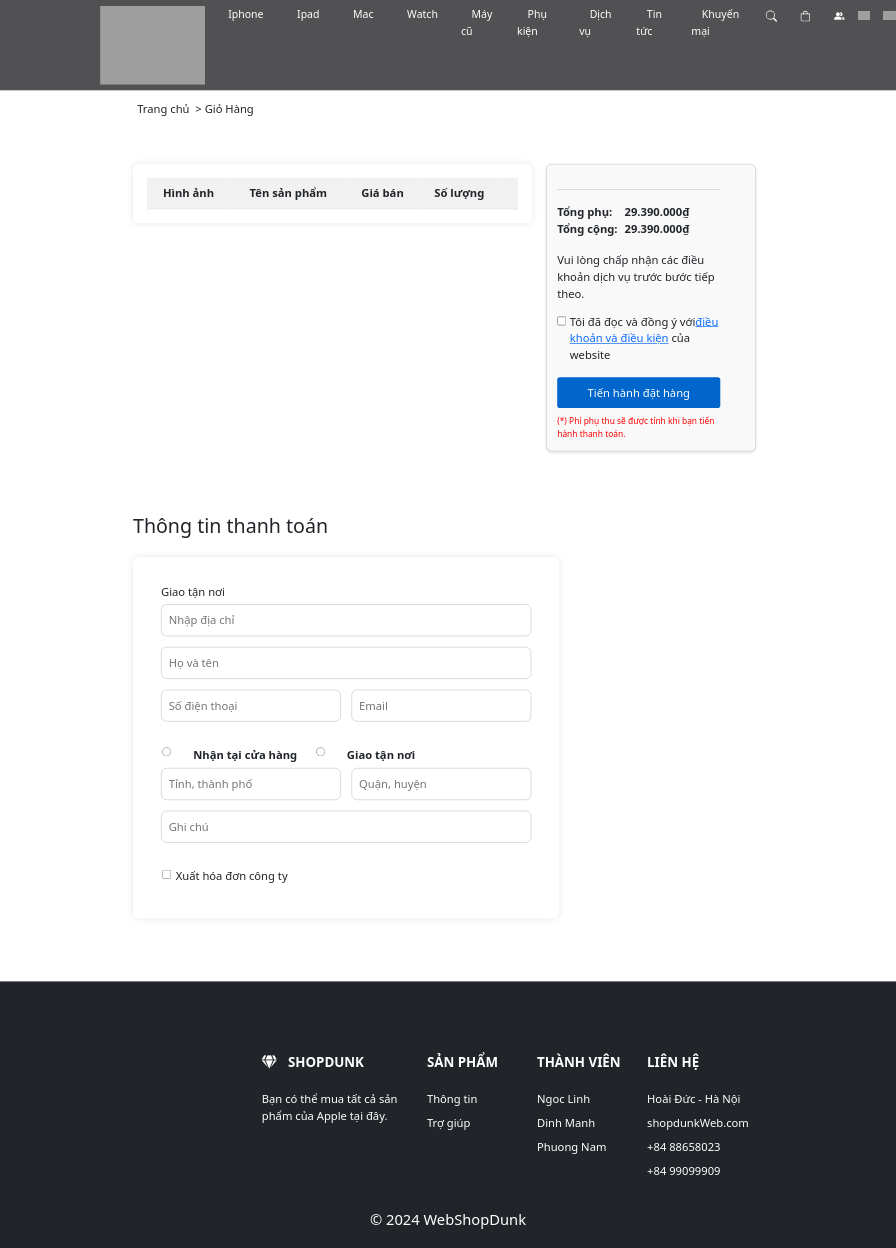
Repository: 20092004nam2k4/FE-ShopDunk
Page: /cart
These files come from the project's save history. The page is drawn as it stood at one moment and after the next save; the edit follows.
The browser window is 1280 px wide. The pictures show the whole page, at 70% of full size.
Pictures or frames that could not be fetched are drawn as grey boxes. The page's requests for data from a server got no answer. The project was rebuilt for these pictures with package versions that can differ from the ones it lists, and the page was loaded fresh each time. No one was signed in, and anything a server would have sent is missing. Also part of the build but not shown: src/component/common/SlideImage.css, src/component/common/SlideImage.js, src/component/product/ProductList.js, src/component/product/ProductDetail.css, src/component/product/ProductDetail.js, src/component/user/LoginUser.js, src/component/user/UserProfile.js, src/component/user/RegistrationForm.css and 2 more.

Above is the page before, as saved 2024-06-26 14:22:22.

After the next save:
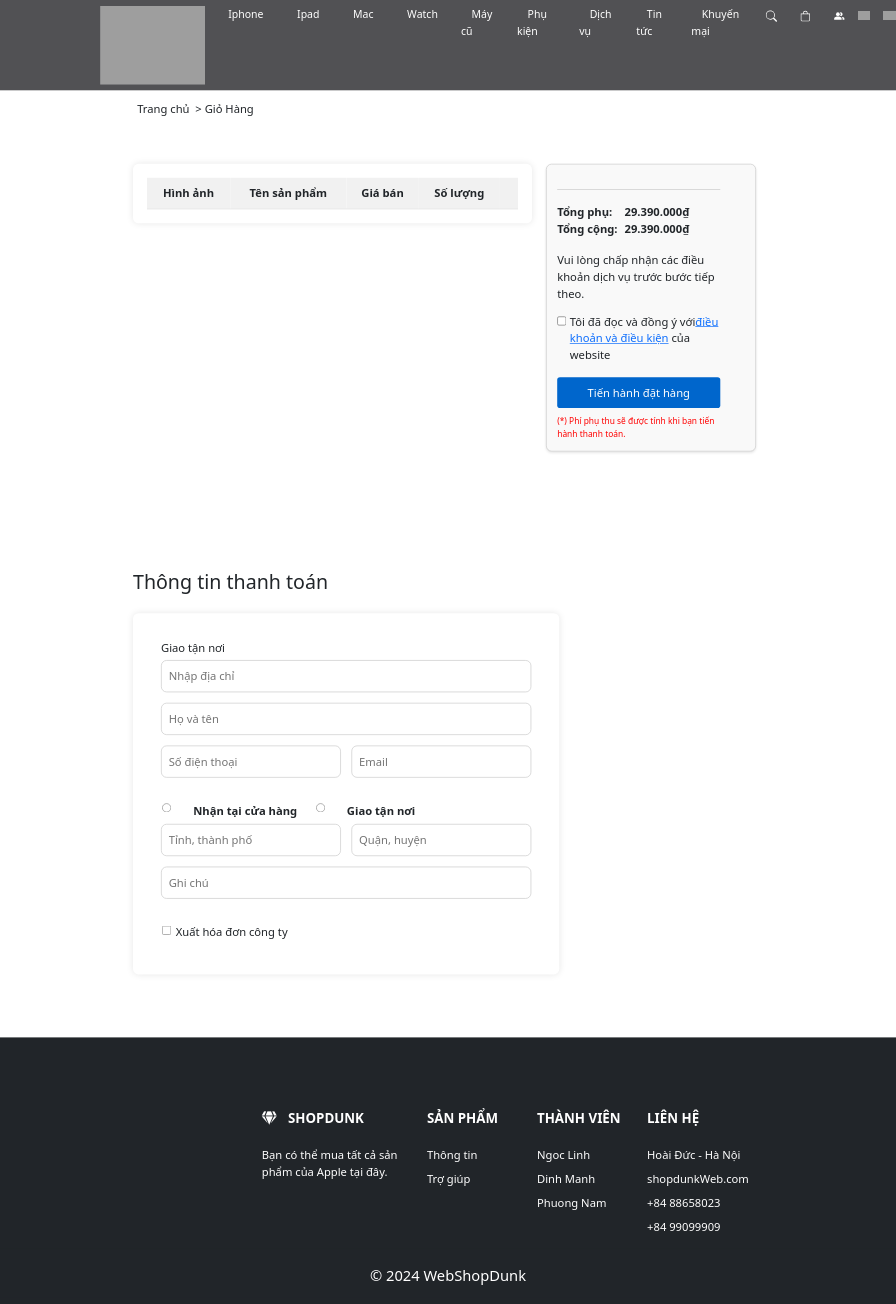
Saved 22 s later.
--- a/src/component/cart/CartPage.css
+++ b/src/component/cart/CartPage.css
@@ -159,7 +159,7 @@
     box-sizing: border-box; /* Ensure padding is included in width */
     border-radius: 8px; /* Add border radius for rounded corners */
     box-shadow: 0 2px 4px rgba(0, 0, 0, 0.1); /* Add subtle shadow */
-    margin-bottom: 20px; /* Add space below the coupon box */
+    margin-bottom: 100px; /* Add space below the coupon box */
 }
 
 .title {
